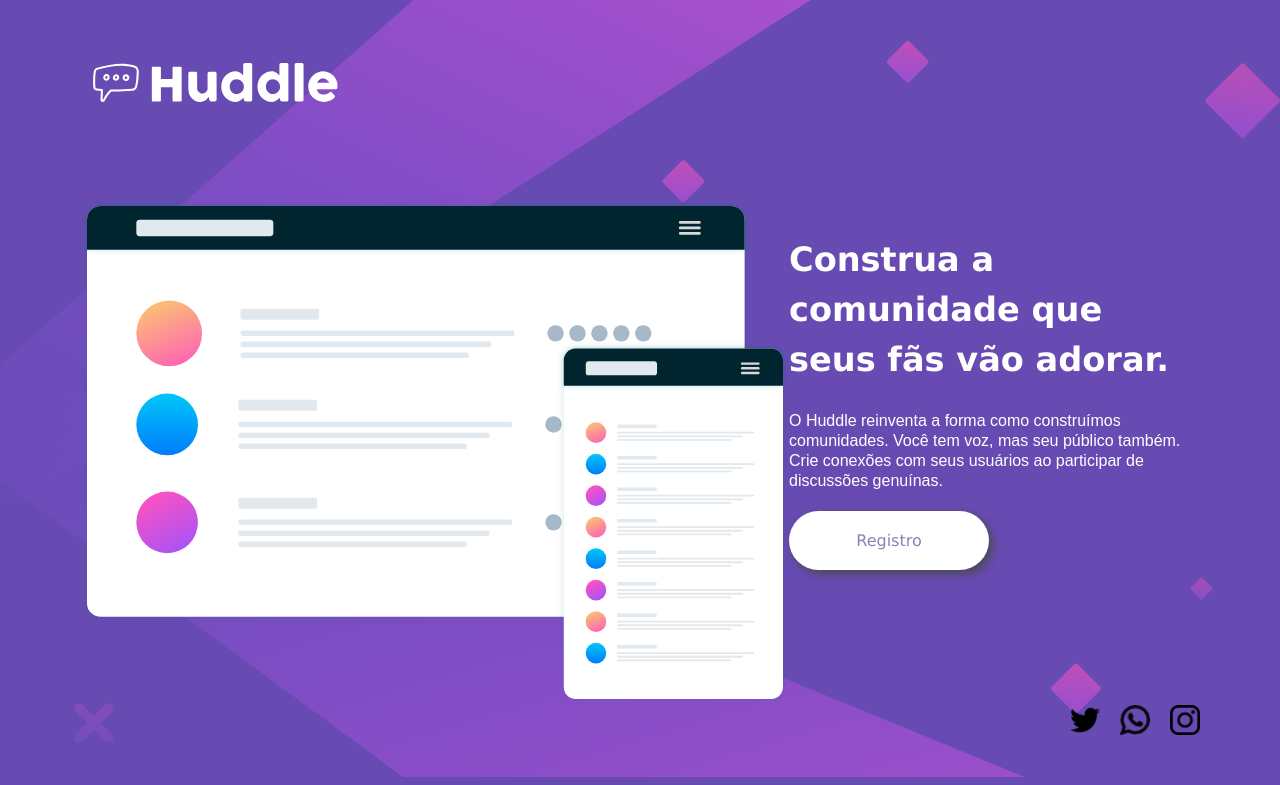
Repository: caique2512/Huddle
Page: index.html
The author's editor kept a copy of each file at every save. The page is drawn from the files as they stood at one save, then again after the next save.
The browser window is 1280 px wide. The pictures show the whole page.

Above is the page before, as saved 2026-02-27 18:46:53.

After the next save:
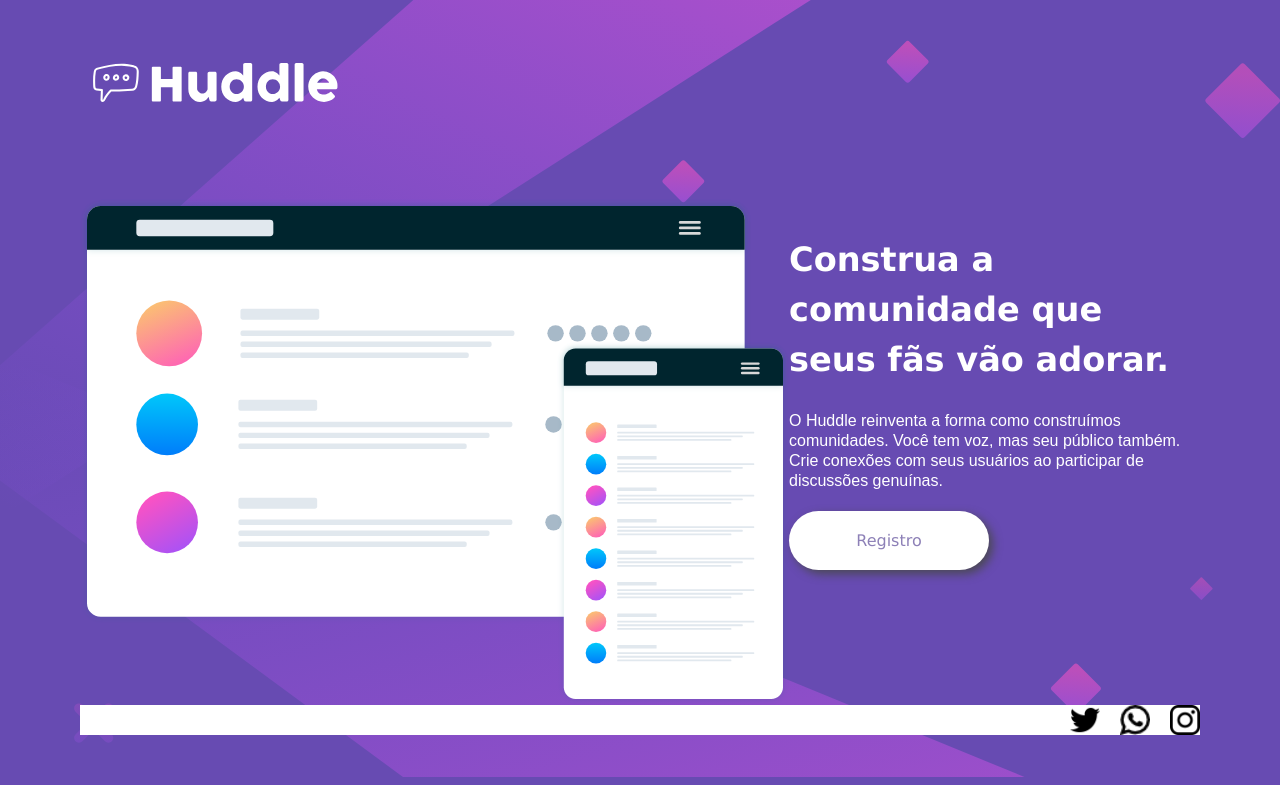
Saved 5 s later.
--- a/src/estilos.css
+++ b/src/estilos.css
@@ -60,5 +60,5 @@
     display: flex;
     justify-content: flex-end;
     gap: 20px;
-    bac
+    background-color: white;
 }
